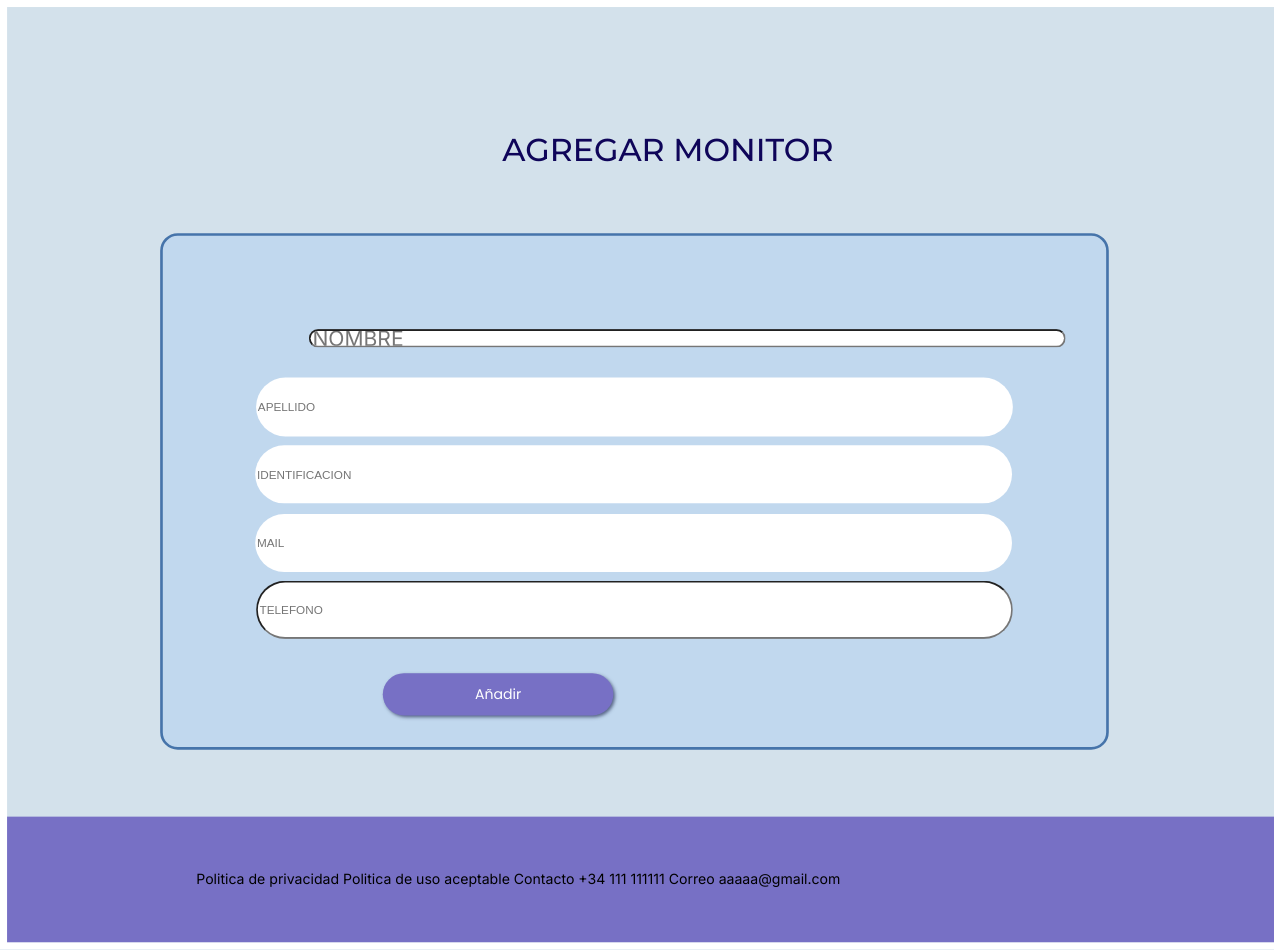
Repository: maariadomiingo/Proyecto-Integrador-Campamento
Page: html/agregarMonitor.html
An editor plug-in stored every save of this project. The page is shown before and after the next save, followed by the edit.
The browser window is 1280 px wide. The page is 1448 px wide, so the pictures cover 1448 px, including what lies to the right of the window. The pictures show the whole page, at 88% of full size.

Above is the page before, as saved 2025-02-13 09:48:04.

After the next save:
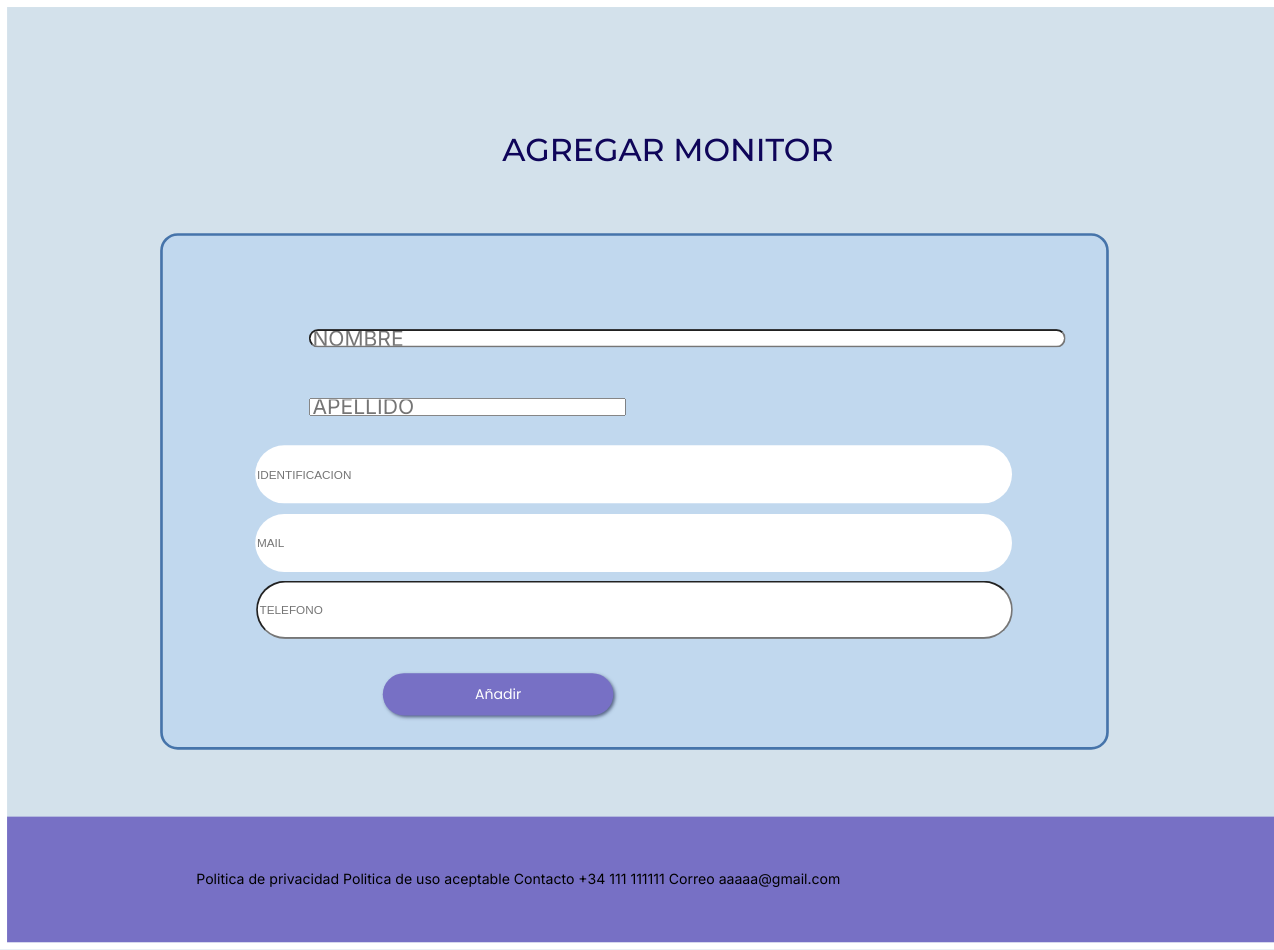
Saved 44 s later.
--- a/html/agregarMonitor.html
+++ b/html/agregarMonitor.html
@@ -24,7 +24,7 @@
 
 <!--       cambiarnombre class: nombre, apellido,mail,telefono,identificacion en html y css-->
        <input type="text" class="nombre" name="nombre" placeholder="NOMBRE">
-      <input type="text" class="rectangle-7" name="apellido" placeholder="APELLIDO">
+      <input type="text" class="apellido" name="apellido" placeholder="APELLIDO">
       <input type="email" class="rectangle-button-8" name="mail" placeholder="MAIL">
       <input type="text" class="rectangle-9" name="telefono" placeholder="TELEFONO">
       <input type="text" class="rectangle-button" name="IDENTIFICACION" placeholder="IDENTIFICACION">
